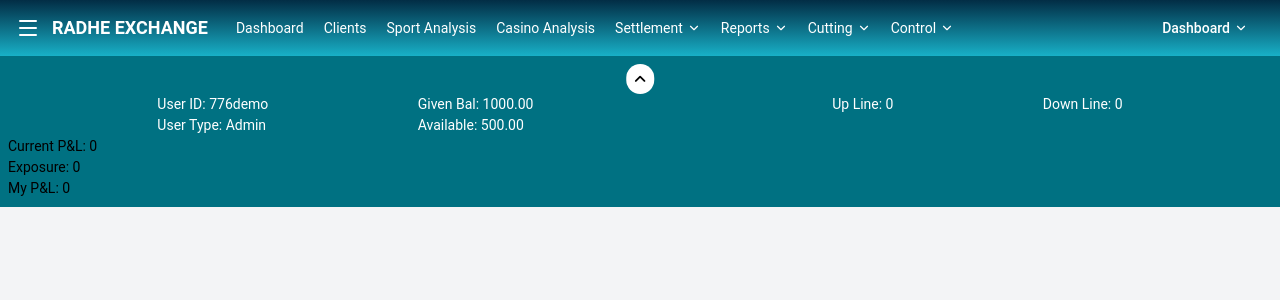
Repository: Habeebur1493/Radhe-Exchange
Page: /dashboard (app in frontend/), after clicking the first element matching `div.cursor-pointer`
The author's editor kept a copy of each file at every save. The page is drawn from the files as they stood at one save, then again after the next save.
The browser window is 1280 px wide. The pictures show the whole page.
Some web libraries are served in a nearby version. The project was rebuilt for these pictures with package versions that can differ from the ones it lists, and the page was loaded fresh each time. Also part of the build but not shown: frontend/vite.config.js, frontend/src/components/login.jsx, frontend/src/components/Register.jsx.

Above is the page before, as saved 2025-03-04 11:13:08.

After the next save:
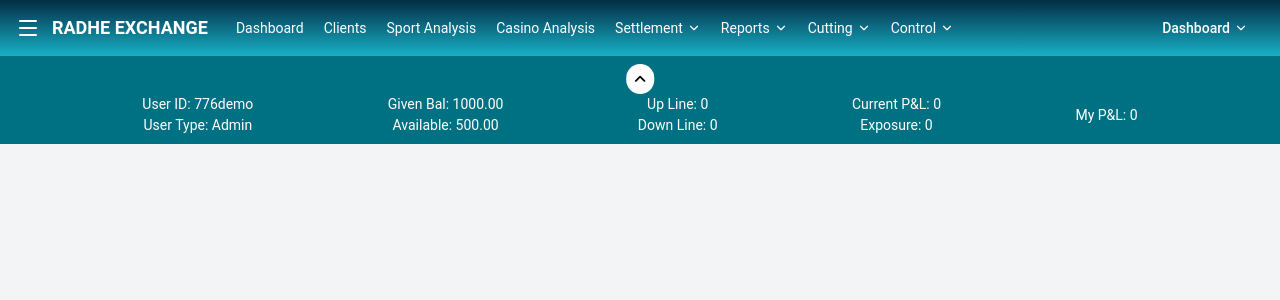
Saved 100 s later.
--- a/frontend/src/components/dashboard.jsx
+++ b/frontend/src/components/dashboard.jsx
@@ -226,28 +226,33 @@ const Dashboard = () => {
       {/* Dropdown Content */}
       {isOpen && (
         <div className="bg-[#007182]  transition-all duration-300">
-          <div className="flex justify-evenly items center text-white">
-
-            <div className="flex flex-col">
-              <h4>User ID: 776demo</h4>
-              <h4>User Type: Admin</h4>
-            </div>
-            <div className="flex flex-col">
-              <h4>Given Bal: 1000.00</h4>
-              <h4>Available: 500.00</h4>
-            </div>
-            <div className="flex flex-col"></div>
-              <h4>Up Line: 0</h4>
-              <h4>Down Line: 0</h4>
-            </div>
-            <div className="flex flex-col">
-              <h4>Current P&L: 0</h4>
-              <h4>Exposure: 0</h4>
-            </div>
-            <div className="flex flex-col">
-              <h4>My P&L: 0</h4>
-            </div>
-          </div>
+          <div className="flex justify-evenly items-center text-white">
+  <div className="flex flex-col text-center">
+    <h4>User ID: 776demo</h4>
+    <h4>User Type: Admin</h4>
+  </div>
+
+  <div className="flex flex-col text-center">
+    <h4>Given Bal: 1000.00</h4>
+    <h4>Available: 500.00</h4>
+  </div>
+
+  <div className="flex flex-col text-center">
+    <h4>Up Line: 0</h4>
+    <h4>Down Line: 0</h4>
+  </div>
+
+  <div className="flex flex-col text-center">
+    <h4>Current P&L: 0</h4>
+    <h4>Exposure: 0</h4>
+  </div>
+
+  <div className="flex flex-col text-center">
+    <h4>My P&L: 0</h4>
+  </div>
+</div>
+
+        </div>
       )}
 
     </header>
